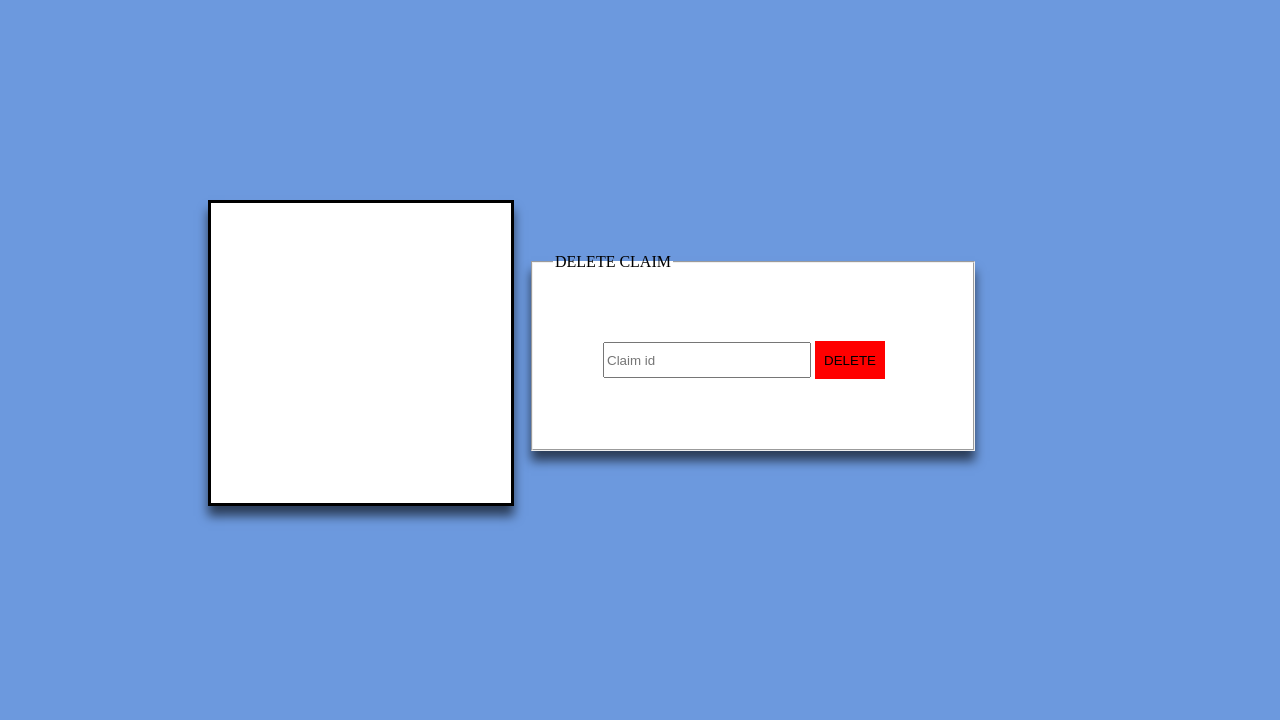
Repository: Nihara-R/Vehicle-Insurance-Portal
Page: http://localhost/delete_claim.php
The author's editor kept a copy of each file at every save. The page is drawn from the files as they stood at one save, then again after the next save.
The browser window is 1280 px wide. The pictures show the whole page.
The page is run by PHP 8.4 with error messages shown; the project is at /var/www/html/.

Above is the page before, as saved 2023-06-29 09:02:36.

### delete_claim.php
<!DOCTYPE html>
<html lang="en" dir="ltr">
  <head>
    <meta charset="utf-8">
    <title></title>
    <link rel="stylesheet" href="css/deletuser.css">
  </head>
  <body>
    <div class="deletebox">
    <fieldset>
<legend>DELETE CLAIM</legend>

    <form class="" action="include/delet_claim.inc.php" method="post">

      <input type="text" name="id" value="" placeholder="Claim id" class="textbox">

      <input type="submit" name="submit" value="DELETE" class="button">

</fieldset>
</div>
    </form>

  </body>
</html>

### css/deletuser.css
body{
  background: #6C99DE;
}
form{
margin: 50px;
}
.deletebox{
  margin: 200px;
  padding: 50px;
  height: 200px;
  border: 3px solid black;
  background-color: white;
  box-shadow: 0 10px 10px rgba(0,0, 0, 0.60);
  width: 200px;
}
fieldset{
  width: 400px;
  padding: 20px;
  align-items: center;
  justify-content: center;
  margin-left: 270px;

  box-shadow: 0 10px 10px rgba(0,0, 0, 0.60);
  background: white;
}
.button{
  background: red;
  height: 38px;
  width: 70px;
  border: none;
}
.textbox{
  height: 30px;
  width: 200px;

}

After the next save:
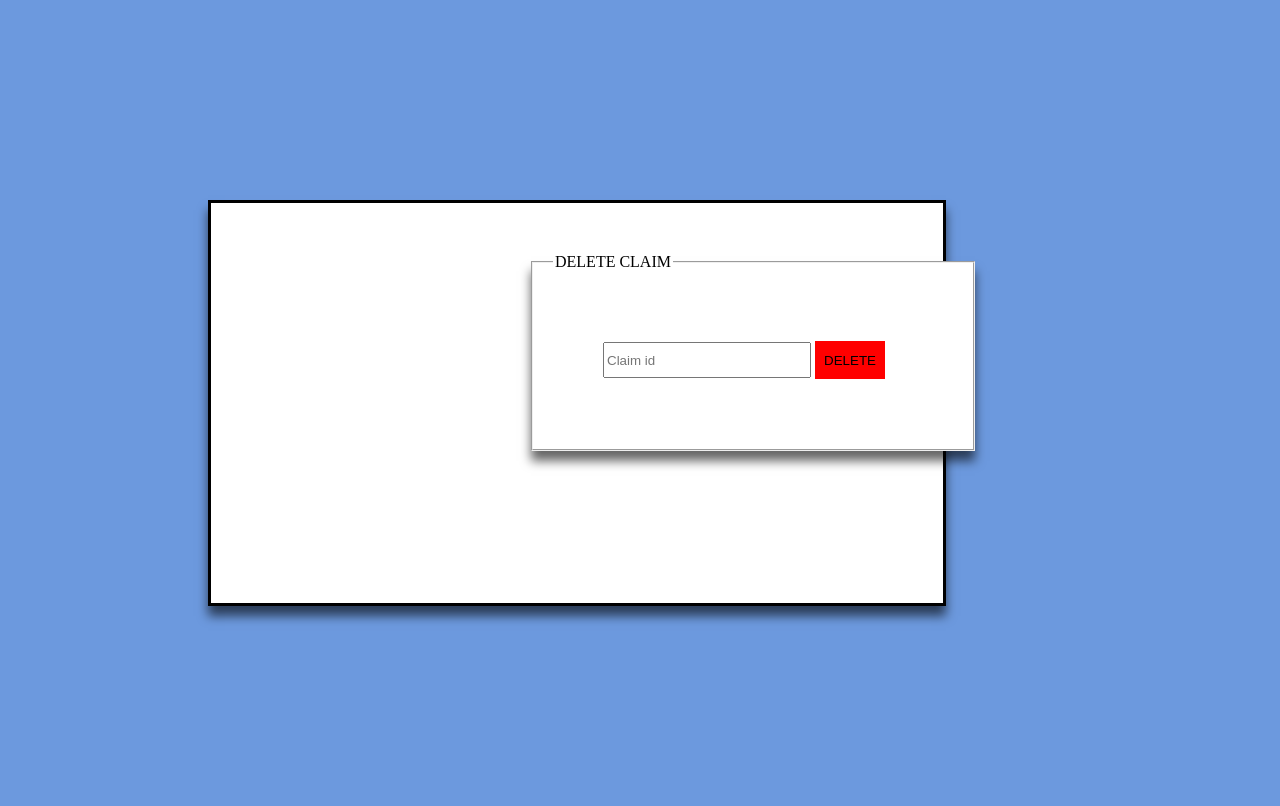
Saved 44 s later.
--- a/css/deletuser.css
+++ b/css/deletuser.css
@@ -7,11 +7,11 @@ margin: 50px;
 .deletebox{
   margin: 200px;
   padding: 50px;
-  height: 200px;
+  height: 300px;
   border: 3px solid black;
   background-color: white;
   box-shadow: 0 10px 10px rgba(0,0, 0, 0.60);
-  width: 200px;
+  width: 50%;
 }
 fieldset{
   width: 400px;
